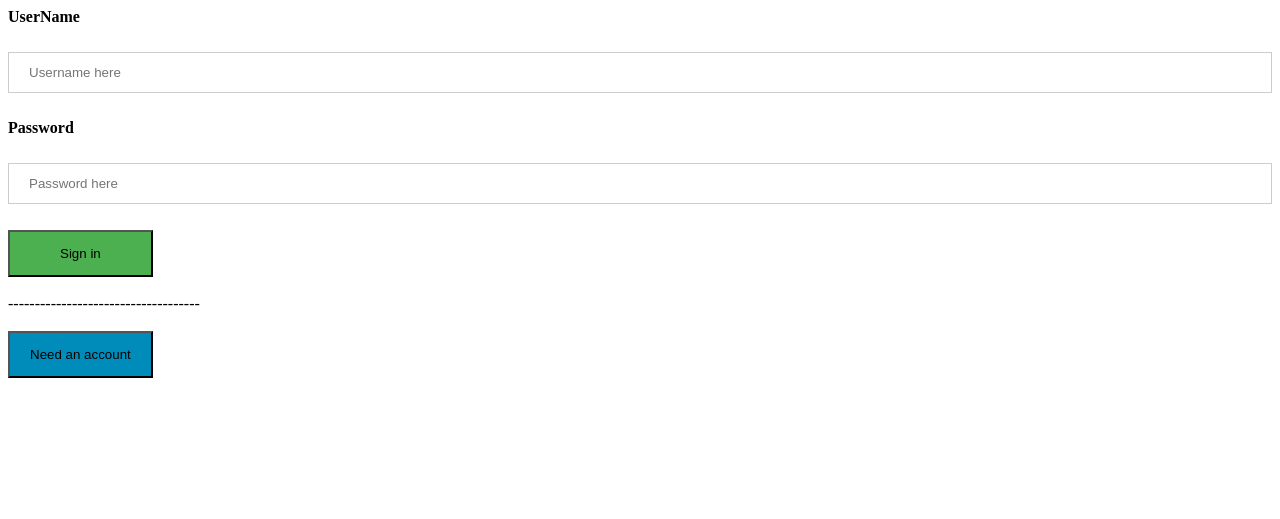
Repository: hamshini/demopro
Page: wippro/Application/WebContent/signin.html
The author's editor kept a copy of each file at every save. The page is drawn from the files as they stood at one save, then again after the next save.
The browser window is 1280 px wide. The pictures show the whole page.

Above is the page before, as saved 2018-01-06 05:52:42.

After the next save:
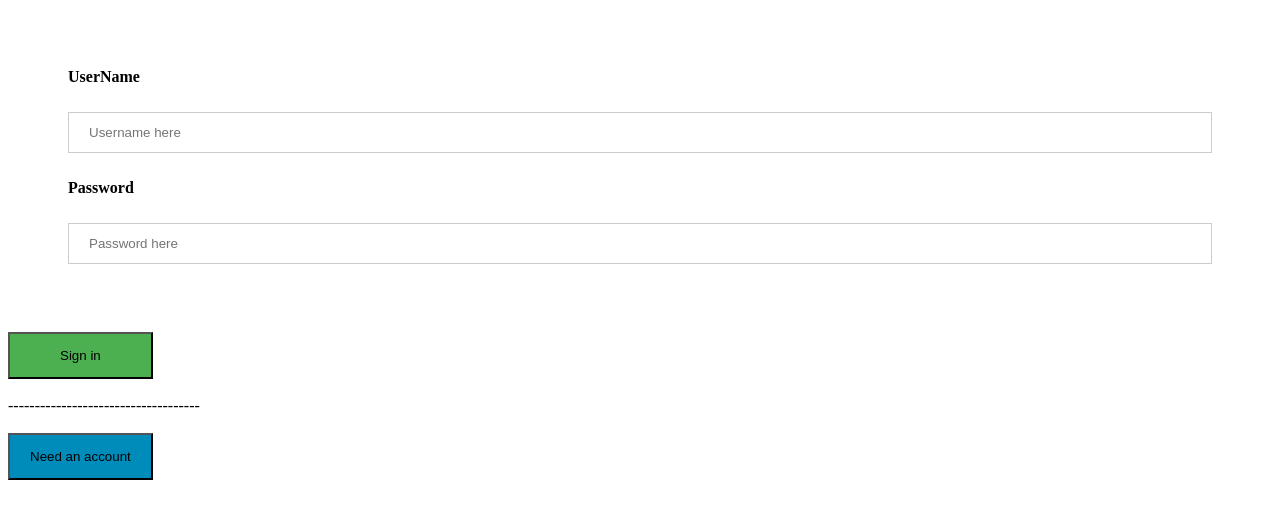
Saved 85 s later.
--- a/wippro/Application/WebContent/signin.html
+++ b/wippro/Application/WebContent/signin.html
@@ -18,6 +18,9 @@ input[type=text], input[type=password] {
 	padding: 14px 20px;
 	background-color: #008CBA;
 }
+.container {
+    padding: 60px;
+}
 
 .signinbtn {
 	padding: 14px 50px;
@@ -26,6 +29,7 @@ input[type=text], input[type=password] {
 </style>
 <body>
 	<form>
+	 <div class="container">
 		<div class="form-group">
 			<label><b>UserName</b></label><br>
 			<br>
@@ -38,7 +42,7 @@ input[type=text], input[type=password] {
 			<input type="password" placeholder="Password here" class="form-control"
 				name="pwd" required> <br>
 		</div>
-		<br>
+		</div>
 		<div class="clearfix">
 			<button type="button" class="signinbtn">Sign in</button>
 
